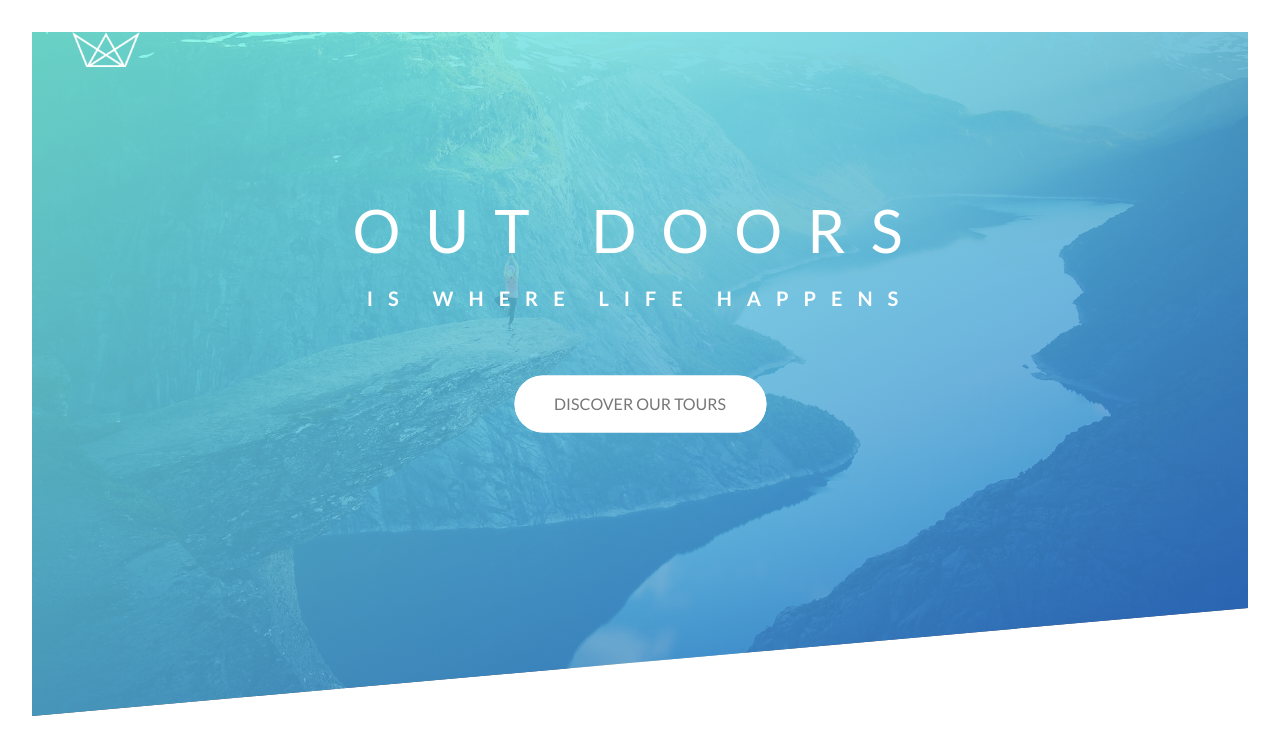
Repository: haokiet2501/natours-page
Page: index.html
The author's editor kept a copy of each file at every save. The page is drawn from the files as they stood at one save, then again after a run of saves.
The browser window is 1280 px wide. The pictures show the whole page.

Above is the page before, as saved 2022-08-05 13:16:44.

### index.html
<!DOCTYPE html>
<html lang="en">
<head>
    <meta charset="UTF-8">
    <meta http-equiv="X-UA-Compatible" content="IE=edge">
    <meta name="viewport" content="width=device-width, initial-scale=1.0">
    <link rel="shortcut icon" href="img/favicon.png" type="image/x-icon">
    <link rel="stylesheet" href="styles.css">
    <title>Natours</title>
</head>
<body>
    <header class="header">
        <div class="logo">
            <img src="img/logo-white.png" alt="Logo" class="logo-img">
        </div>
        <div class="heading">
            <h1 class="heading-text">
                <span class="heading-subtitle">
                    Out doors
                </span>
                <span class="heading-subtext">
                    is where life happens
                </span>
            </h1>

            <a href="#" class="btn btn-white btn-animate">Discover our tours</a>
        </div>
    </header>
</body>
</html>

### styles.css
@import url('https://fonts.googleapis.com/css2?family=Lato:wght@300;400;700;900&display=swap');

* {
    margin: 0;
    padding: 0;
    box-sizing: border-box;
}

:root {
    --lighten-blue: #69ffd7;
    --medium-blue: #3badd4;
    --dark-blue: #1b92c2;
}

body {
    font-family: "Lato", sans-serif;
    line-height: 1.7;
    font-weight: 400;
    font-size: 1rem;
    color: #777;
    padding: 2rem;
}

html {
    scroll-behavior: smooth;
}

.header {
    position: relative;
    height: 95vh;
    background-image: linear-gradient(
        to right bottom,
        rgba(126, 255, 232, 0.8),
        rgba(40, 107, 208, 0.8)
        ) ,url("./img/hero.jpg");
    background-size: cover;
    background-position: top;
    clip-path: polygon(0 0, 100% 0, 100% 80vh, 0 100%);
}

.logo {
    position: absolute;
    top: 2.25ren;
    left: 40px;
}

.logo-img {
    height: 35px;
}

.heading {
    position: absolute;
    top: 40%;
    left: 50%;
    transform: translate(-50%, -50%);
    text-align: center;
}

.heading-text {
    color: #fff;
    text-transform: uppercase;
    backface-visibility: hidden;

    margin-bottom: 60px;
}

.heading-subtitle {
    display: block;
    font-size: 60px;
    font-weight: 400;
    letter-spacing: 25px;
    animation: 1s moveLeft ease-out;
}

.heading-subtext {
    display: block;
    font-size: 20px;
    font-weight: 700;
    letter-spacing: 15px;
    animation: 1s moveRight ease-out;
}

@keyframes moveLeft{
    0% {
        opacity: 0;
        transform: translateX(-100px);
    }
    80% {
        transform: translateX(20px);
    }
    100% {
        opacity: 1;
        transform: translate(0);
    }
}

@keyframes moveRight{
    0% {
        opacity: 0;
        transform: translateX(100px);
    }
    80% {
        transform: translateX(-20px);
    }
    100% {
        opacity: 1;
        transform: translate(0);
    }
}

@keyframes moveBottom{
    0% {
        opacity: 0;
        transform: translateY(30px);
    }

    100% {
        opacity: 1;
        transform: translate(0);
    }
}

.btn:link,
.btn:visited {
    text-decoration: none;
    text-transform: uppercase;
    padding: 15px 40px;
    display: inline-block;
    border-radius: 100px;
    transition: all .2s;
    position: relative;
}

.btn:hover {
    transform: translateY(-3px);
    box-shadow: 0 10px 20px rgba(0, 0, 0, 0.2);
}

.btn:active {
    transform: translateY(-1px);
    box-shadow: 0 5px 10px rgba(0, 0, 0, 0.2);
}

.btn-white {
    background-color: #fff;
    color: #777;
}

.btn::after {
    content: "";
    display: inline-block;
    top: 0;
    left: 0;
    width: 100%;
    height: 100%;
    position: absolute;
    border-radius: 100px;
    z-index: -1;
    transition: all .4s;
}

.btn-white::after {
    background-color: #fff;
}

.btn:hover::after {
    transform: scaleX(1.4) scaleY(1.6);
    opacity: 0;
}

.btn-animate {
    animation: moveBottom .5s ease-out 0.75;
    animation-fill-mode: backwards;
}

After the next 3 saves:
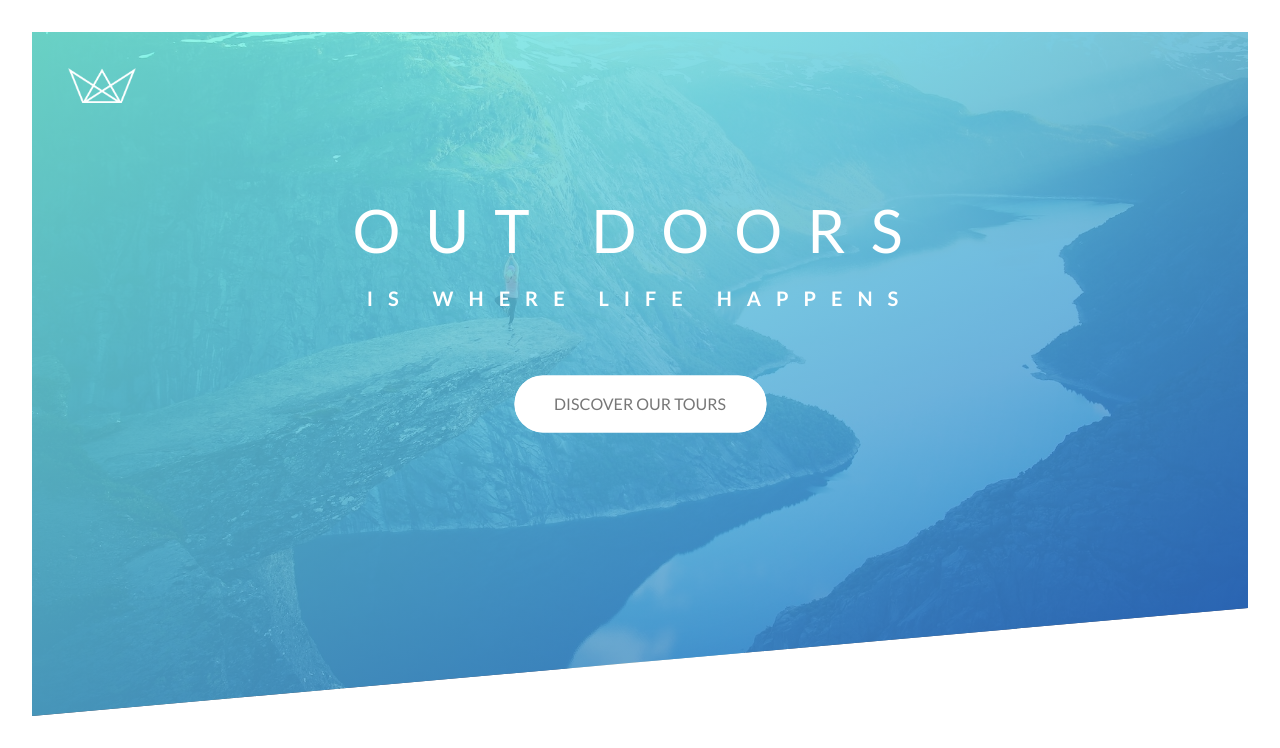
The 3 saves are shown as one change because they came seconds apart.
The last was saved 8 s later.
--- a/styles.css
+++ b/styles.css
@@ -40,8 +40,8 @@ html {
 
 .logo {
     position: absolute;
-    top: 2.25ren;
-    left: 40px;
+    top: 2.25rem;
+    left: 2.25rem;
 }
 
 .logo-img {
